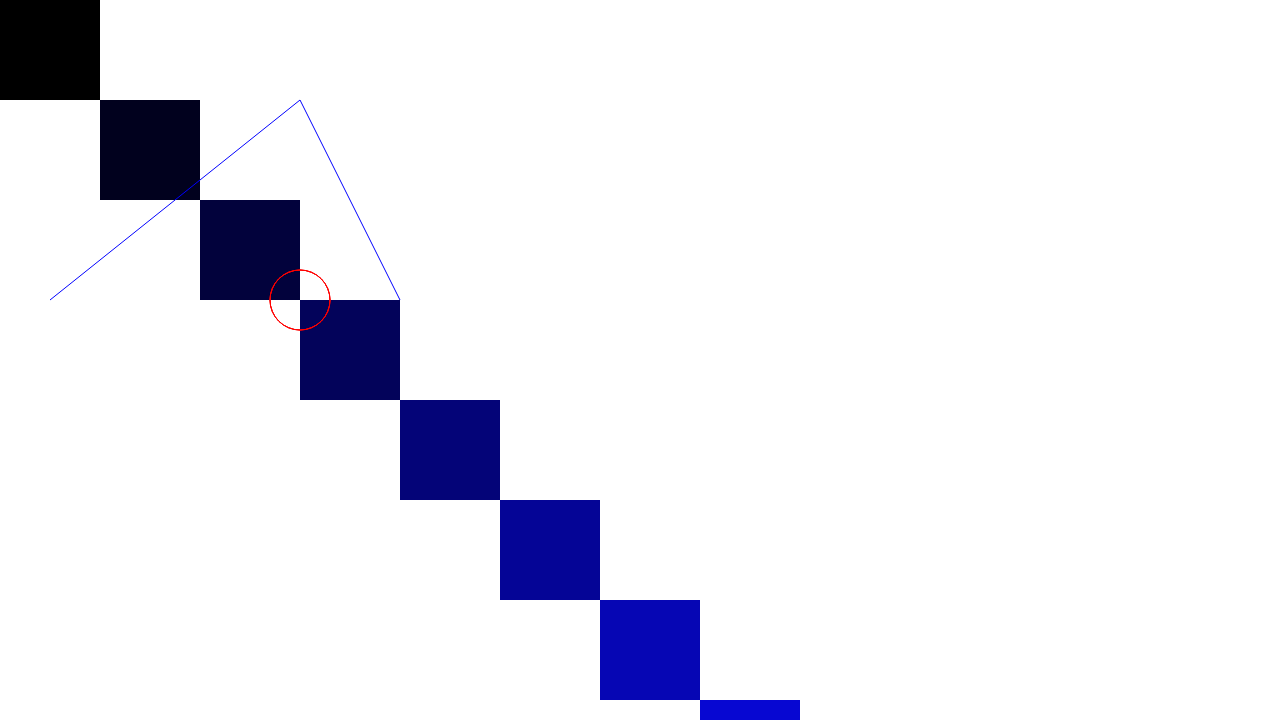
Repository: MikeTroianello/canvas-testing
Page: index.html
These files come from the project's save history. The page is drawn as it stood at one moment and after the next save; the edit follows.
The browser window is 1280 px wide. The pictures show the whole page.

Above is the page before, as saved 2019-06-04 22:44:19.

### index.html
<!DOCTYPE html>
<html lang="en">
  <head>
    <meta charset="UTF-8" />
    <meta name="viewport" content="width=device-width, initial-scale=1.0" />
    <meta http-equiv="X-UA-Compatible" content="ie=edge" />
    <link rel="stylesheet" type="text/css" href="style.css" />
    <title>Canvas</title>
  </head>
  <body>
    <canvas></canvas>
    <script src="canvas.js"></script>
  </body>
</html>

### style.css
body {
  margin: 0;
}

/* canvas {
  border: 1px solid black;
} */

### canvas.js
var canvas = document.querySelector('canvas');
console.log(canvas);

canvas.width = window.innerWidth;
canvas.height = window.innerHeight;

var ctx = canvas.getContext('2d');

for (let i = 0; i < canvas.width; i++) {
  ctx.fillStyle = `rgba(${i}, ${i}, ${i * 30}, 1)`;
  ctx.fillRect(i * 100, i * 100, 100, 100);
}

//Line

ctx.beginPath();
ctx.moveTo(50, 300);
ctx.lineTo(300, 100);
ctx.lineTo(400, 300);
ctx.strokeStyle = 'blue';
ctx.stroke();

//arc
// ctx.beginPath();
// ctx.arc(300, 300, 30, 0, Math.PI * 2, false);
// ctx.strokeStyle = 'red';
// ctx.stroke();

for (let i = 0; i < 3; i++) {
  ctx.beginPath();
  ctx.arc(300, 300, 30, 0, Math.PI * 2, false);
  ctx.strokeStyle = 'red';
  ctx.stroke();
}

After the next save:
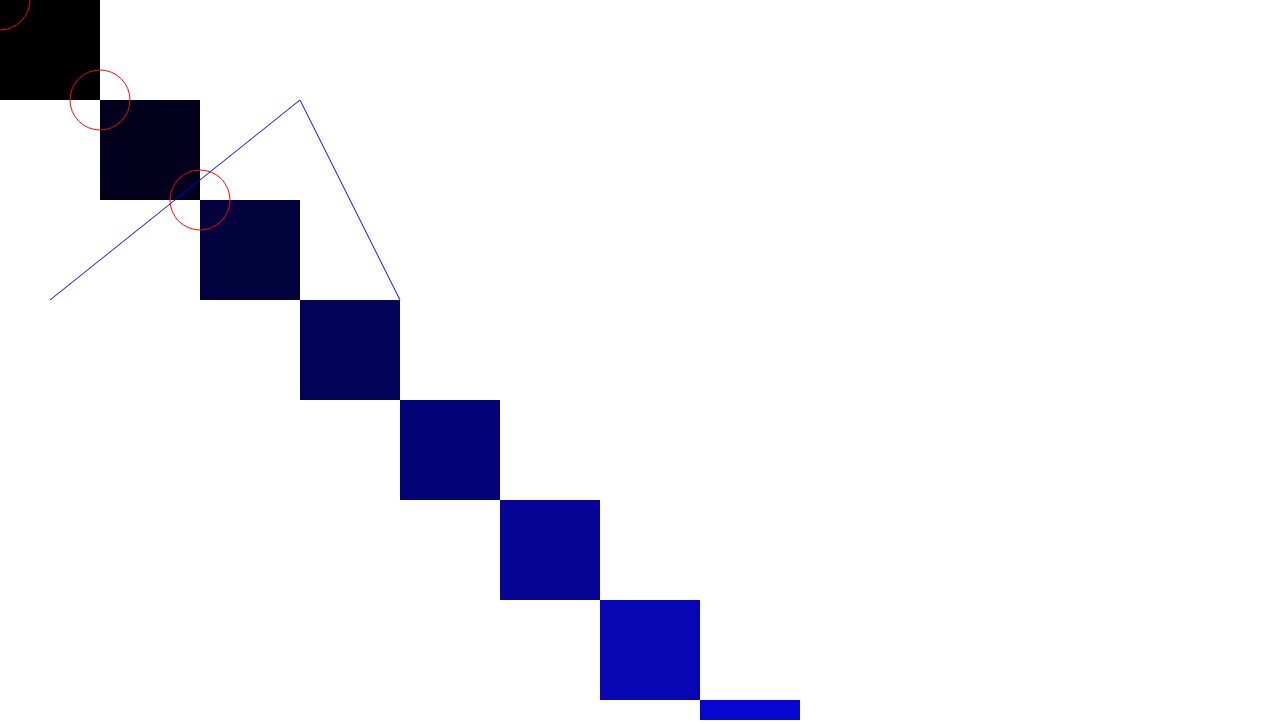
Saved 20 s later.
--- a/canvas.js
+++ b/canvas.js
@@ -28,7 +28,7 @@ ctx.stroke();
 
 for (let i = 0; i < 3; i++) {
   ctx.beginPath();
-  ctx.arc(300, 300, 30, 0, Math.PI * 2, false);
+  ctx.arc(i * 100, i * 100, 30, 0, Math.PI * 2, false);
   ctx.strokeStyle = 'red';
   ctx.stroke();
 }
